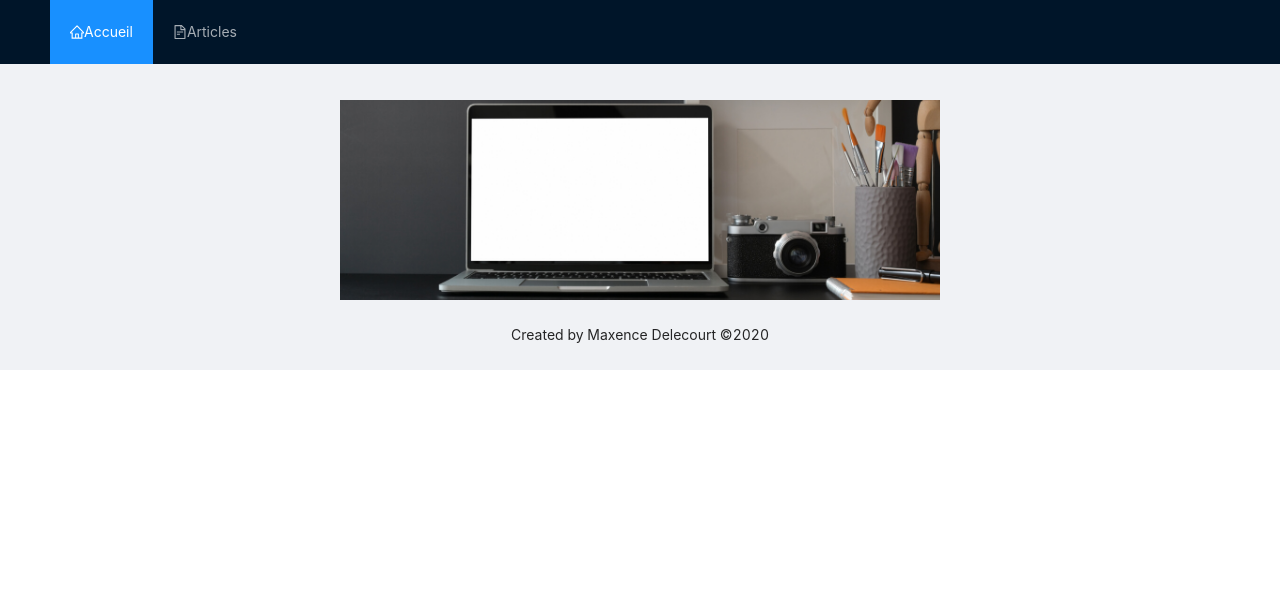
Repository: MaxenceDelecourt/ReactBlog
Page: /
These files come from the project's save history. The page is drawn as it stood at one moment and after a run of saves; the edit follows.
The browser window is 1280 px wide. The pictures show the whole page.
The project was rebuilt for these pictures with package versions that can differ from the ones it lists, and the page was loaded fresh each time. Also part of the build but not shown: src/Api/Api.js, src/Admin/ModifyPost.js, src/Post/Post.js, src/PostDescription/PostDescription.js, src/Admin/Admin.js, src/Admin/AdminDashboard.js.

Above is the page before, as saved 2020-06-15 16:17:21.

After the next 2 saves:
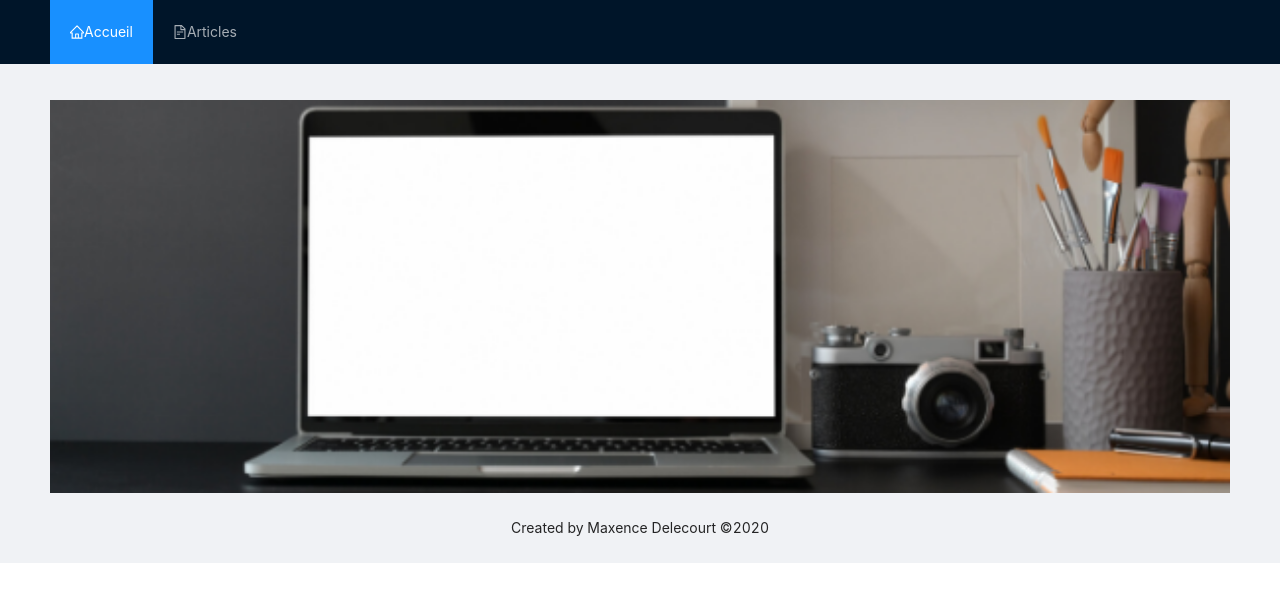
The 2 saves are shown as one change because 1 did not build or start.
The last was saved 14 min 44 s later.
--- a/src/Accueil/Banner.js
+++ b/src/Accueil/Banner.js
@@ -3,7 +3,7 @@ import BannerMax from '../img/BannerMax.png'
 
 function Banner() {
     return (
-            <img src={BannerMax}/>
+            <img src={BannerMax} style={{width: '100%'}}/>
         );
 }
 
